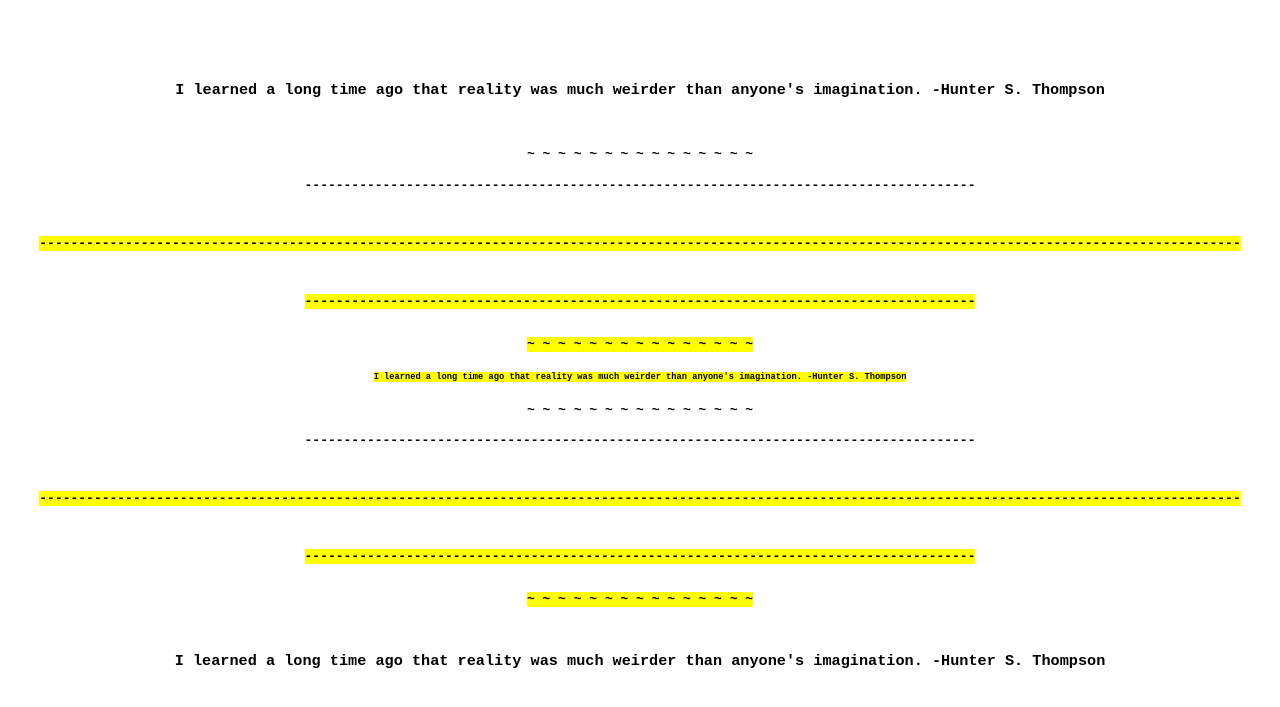
Repository: penas326/penas326.github.io
Page: composition/index.html
The author's editor kept a record of every edit. The page is drawn from the files as they stood at one moment, then again after the next edit.
The browser window is 1280 px wide. The pictures show the whole page.

Above is the page before.

### composition/index.html
  <html>

    <head>
        <title>Composition</title>
    </head>
        <br>
        <br>
        <br>
        <strong><h3 align="center"><code>I learned a long time ago that reality was much weirder than anyone's imagination. -Hunter S. Thompson</h3>
    </body>
            <center>
        <br>
        <br>
        <strong>~ ~ ~ ~ ~ ~ ~ ~ ~ ~ ~ ~ ~ ~ ~</strong>
        <br>
        <h3 align="center"></h3><code>--------------------------------------------------------------------------------------</p>
        <br>
        <h3 align="center"></h3><code><mark>----------------------------------------------------------------------------------------------------------------------------------------------------------</p>
        <br>
        <h3 align="center"></h3><code>--------------------------------------------------------------------------------------</p>
        <br>
        <strong>~ ~ ~ ~ ~ ~ ~ ~ ~ ~ ~ ~ ~ ~ ~</strong>
        </center>
         </head>
        <strong><h6 align="center"><code><mark>I learned a long time ago that reality was much weirder than anyone's imagination. -Hunter S. Thompson</h6>
               <center>
        <strong>~ ~ ~ ~ ~ ~ ~ ~ ~ ~ ~ ~ ~ ~ ~</strong>
        <br>
        <h3 align="center"></h3><code>--------------------------------------------------------------------------------------</p></mark>
        <br>
        <h3 align="center"></h3><code><mark>----------------------------------------------------------------------------------------------------------------------------------------------------------</p>
        <br>
        <h3 align="center"></h3><code>--------------------------------------------------------------------------------------</p>
        <br>
        <strong>~ ~ ~ ~ ~ ~ ~ ~ ~ ~ ~ ~ ~ ~ ~</strong>
        </center>
         </head>
        <br>
        <br>
        <strong><h3 align="center"><code>I learned a long time ago that reality was much weirder than anyone's imagination. -Hunter S. Thompson</h3>
    </body>

</html>

After the next edit:
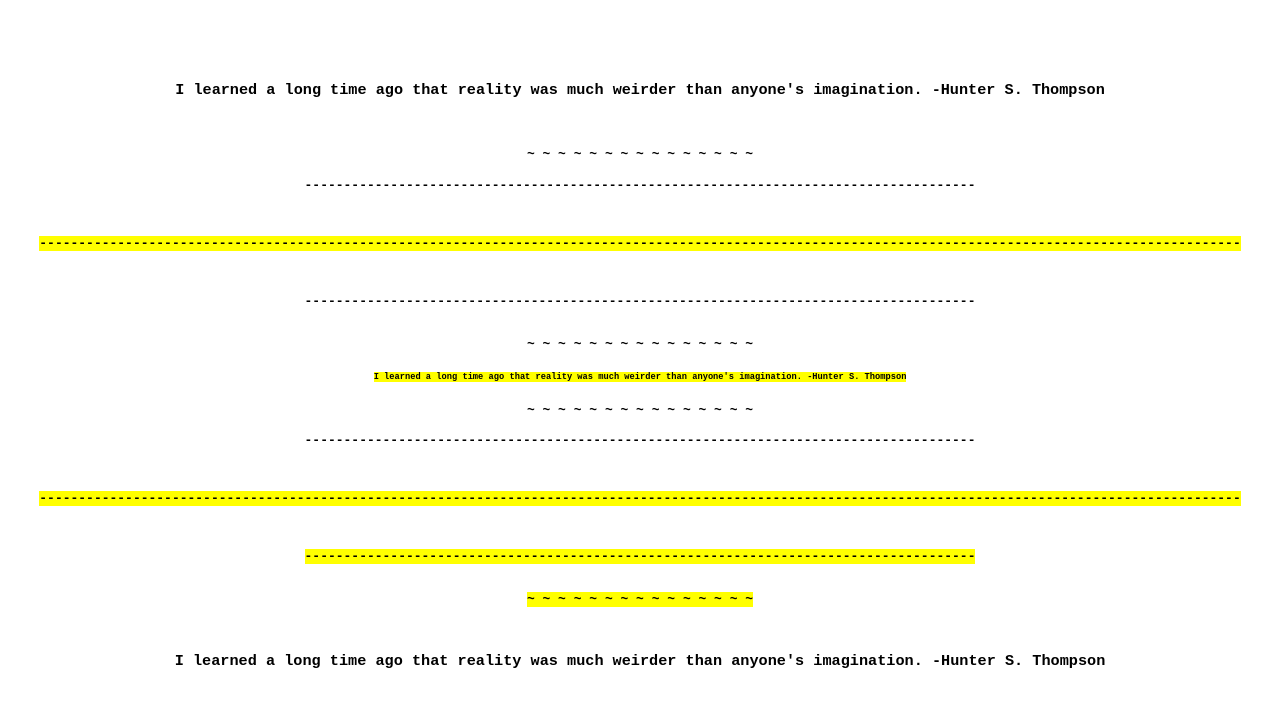
The edit:
--- a/composition/index.html
+++ b/composition/index.html
@@ -15,7 +15,7 @@
         <br>
         <h3 align="center"></h3><code>--------------------------------------------------------------------------------------</p>
         <br>
-        <h3 align="center"></h3><code><mark>----------------------------------------------------------------------------------------------------------------------------------------------------------</p>
+        <h3 align="center"></h3><code><mark>----------------------------------------------------------------------------------------------------------------------------------------------------------</p></mark>
         <br>
         <h3 align="center"></h3><code>--------------------------------------------------------------------------------------</p>
         <br>
